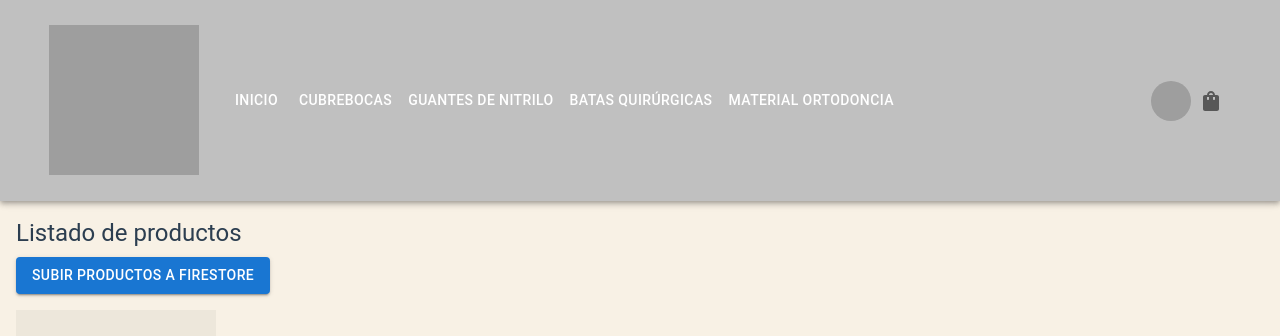
Repository: SebastianPineiro10/ecommerce-coderhouse
Page: /category/cubrebocas
These files come from the project's save history. The page is drawn as it stood at one moment and after the next save; the edit follows.
The browser window is 1280 px wide. The pictures show the whole page.
Pictures or frames that could not be fetched are drawn as grey boxes. The page's requests for data from a server got no answer. The project was rebuilt for these pictures with package versions that can differ from the ones it lists, and the page was loaded fresh each time. No one was signed in, and anything a server would have sent is missing. Also part of the build but not shown: vite.config.js, src/components/common/card/productcard.css, src/components/common/card/ProductCard.jsx, src/components/pages/ItemListContainer/ItemList.jsx, src/components/pages/ItemDetail/ItemDetail.jsx, src/components/pages/ItemDetail/ItemDetailContainer.jsx, src/components/pages/cart/CartContainer.jsx.

Above is the page before, as saved 2024-11-07 01:32:26.

After the next save:
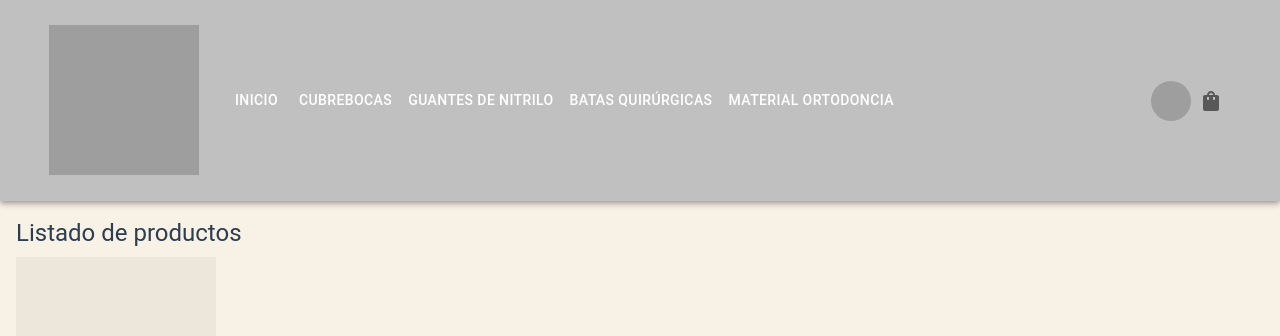
Saved 15 s later.
--- a/src/components/pages/ItemListContainer/ItemListContainer.jsx
+++ b/src/components/pages/ItemListContainer/ItemListContainer.jsx
@@ -9,7 +9,7 @@ import { Skeleton, Box, Typography, Button } from "@mui/material";
 export const ItemListContainer = () => {
   const { categoryId } = useParams();
   const [items, setItems] = useState([]);
-  const [isAdmin, setIsAdmin] = useState(true); // Suponemos que eres un admin por ahora
+  const [isAdmin, setIsAdmin] = useState(false); // Suponemos que eres un admin por ahora
 
   useEffect(() => {
     const fetchProducts = async () => {
